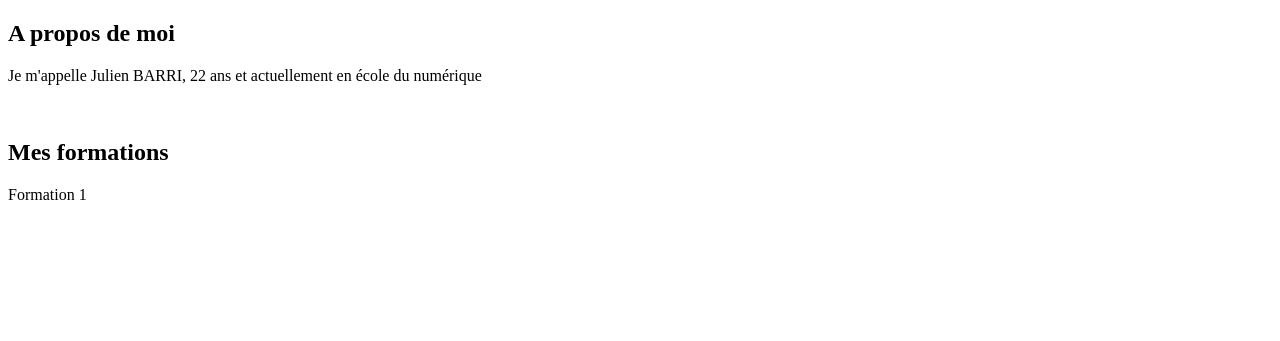
Repository: barridev/cours_devops.github.io
Page: index.html
These files come from the project's save history. The page is drawn as it stood at one moment and after a run of saves; the edit follows.
The browser window is 1280 px wide. The pictures show the whole page.

Above is the page before, as saved 2022-06-13 14:56:16.

After the next 5 saves:
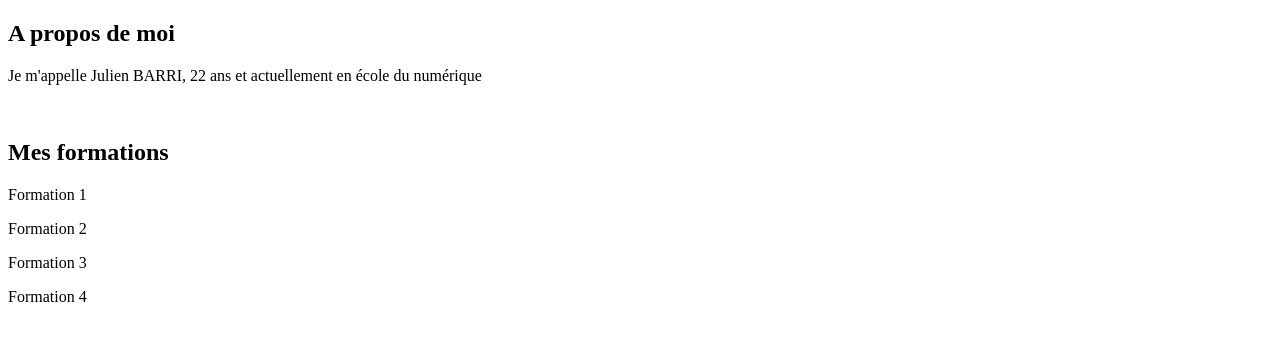
The 5 saves are shown as one change because they came seconds apart.
The last was saved 15 s later.
--- a/index.html
+++ b/index.html
@@ -18,6 +18,13 @@
     <section>
         <h2> Mes formations </h2>
         <p>Formation 1</p>
+        <p>Formation 2</p>
+        <p>Formation 3</p>
+        <p>Formation 4</p>
+    </section>
+
+    <section>
+
     </section>
 </body>
 
